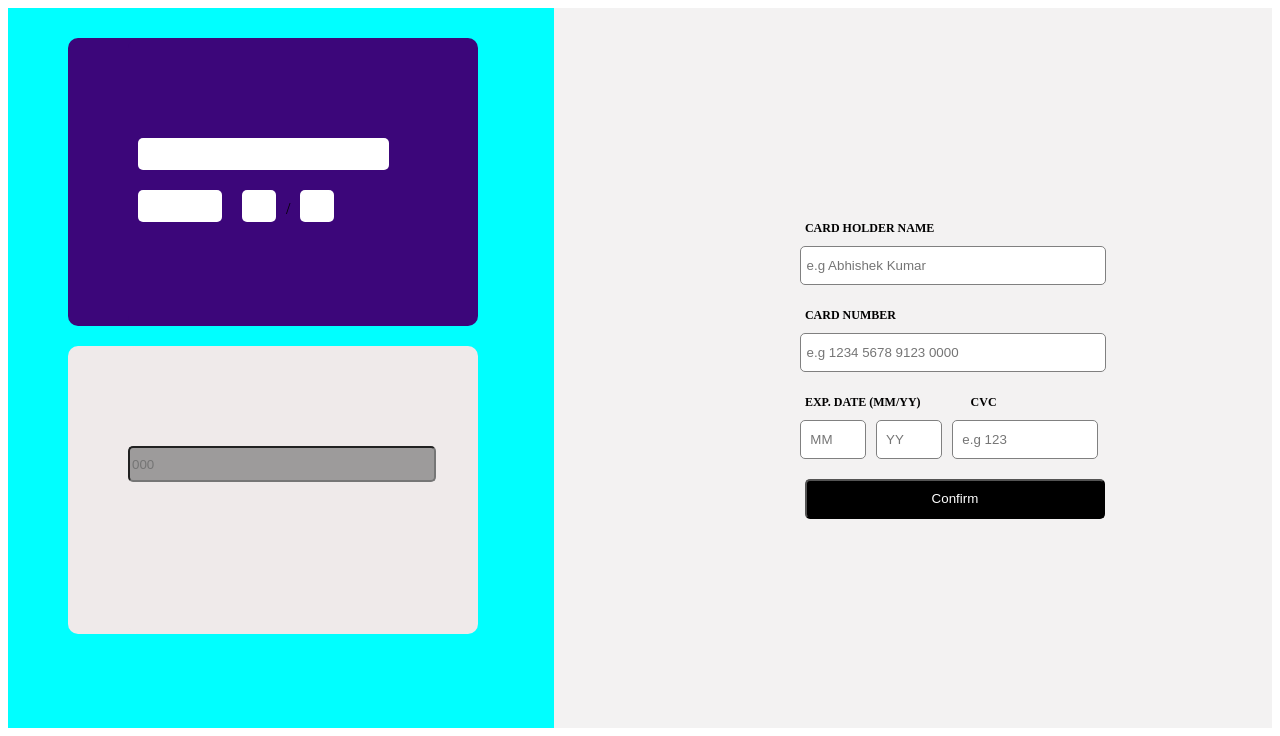
Repository: Abhi2359/frontendchallenge-1
Page: /
The author's editor kept a copy of each file at every save. The page is drawn from the files as they stood at one save, then again after the next save.
The browser window is 1280 px wide. The pictures show the whole page.
The project was rebuilt for these pictures with package versions that can differ from the ones it lists, and the page was loaded fresh each time.

Above is the page before, as saved 2023-02-15 20:22:06.

### src/App.js


import Card1 from "./components/Cards/Card1";
import Layout from "./components/Layout/Layout";


function App() {
  return (
    <div className="App">


      <Layout/>
    {/*


    <Card1/>
    */}

    </div>
  );
}

export default App;

### src/components/Cards/Card1.js
import React from "react";
import style from "./Card1.css";

function Card1({ cardNumber, cardHolderName, expMonth, expYear }) {
  return (
    <>
      <div className="card1">
        <div class="cardinput">
          <div class="_card__number">
            <input type="text" value={cardNumber} readOnly id="input" />
          </div>
          <div class="_card__details">
            <input type="text" value={cardHolderName} readOnly id="input" />
            <div class="expiry">
              <input type="text" value={expMonth} readOnly id="input" />
              <div class="slash">/</div>
              <input type="text" value={expYear} readOnly id="input"/>
            </div>
          </div>
        </div>
      </div>
    </>
  );
}

export default Card1;

### src/components/Layout/Layout.js
import React, { useState } from "react";


import Card1 from "../Cards/Card1";
import Card2 from "../Cards/Card2";
import style from "./layout.css";


function Layout() {
  const [cardHolderName, setCardHolderName] = useState("");
  const [cardNumber, setCardNumber] = useState("");
  const [expMonth, setExpMonth] = useState("");
  const [expYear, setExpYear] = useState("");
  const [cvc, setCvc] = useState("");



  const handleInputChange = (e) => {
    setCardNumber(e.target.value);
  };
  const handleCardHolderName = (e) => {
    setCardHolderName(e.target.value);
  };
  const handleExpMonth = (e) => {
    setExpMonth(e.target.value);
  };
  const handleExpYear = (e) => {
    setExpYear(e.target.value);
  };
  const handleCvc = (e) => {
    setCvc(e.target.value);
  };
  return (
    <>

      <div class="layout">
        <div class="partitions">
          <div class="partition1">
            <div class="card1">
              <Card1
                cardNumber={cardNumber}
                cardHolderName={cardHolderName}
                expMonth={expMonth}
                expYear={expYear}
              />
            </div>
            <div class="card2">
              <Card2 cvc={cvc} />
            </div>
          </div>

          <div class="partition2">

            <form action="" className="Form">
              <label for="Username">CARD HOLDER NAME</label> <br />
              <input
                value={cardHolderName}
                onChange={handleCardHolderName}
                className="card_holder"
                type="text"
                id="username"
                name="username"
                placeholder=" e.g Abhishek Kumar"
              required
              />
              <br />
              <label for="number">CARD NUMBER</label> <br />
              <input
                value={cardNumber}
                onChange={handleInputChange}
                className="card_number"
                pattern="[0-9]{4}-[0-9]{4}-[0-9]{4}"
                type="text"
                id="number"
                name="number"
                placeholder=" e.g 1234 5678 9123 0000"
              required
              />{" "}
              <br />
              <div className="exp_date">
                <label for="number">EXP. DATE (MM/YY)</label>
                <label for="number" className="cvc">
                  CVC
                </label>
                <div className="exp_date_input">
                  <input
                    value={expMonth}
                    onChange={handleExpMonth}
                    type="text"
                    id="number"
                    name="number"
                    placeholder="  MM"
                  required
                    className="number"
                  />
                  <input
                    value={expYear}
                    onChange={handleExpYear}
                    type="text"
                    id="number"
                    name="number"
                    placeholder="  YY"
                    required
                    className="number"
                  />
                  <input
                    value={cvc}
                    onChange={handleCvc}
                    type="text"
                    id="cvc"
                    name="number"
                    placeholder="  e.g 123"
                  required
                    className="number"
                  />
                </div>
                <button className="button">Confirm</button>
              </div>
            </form>

          </div>
        </div>
      </div>


    </>
  );
}

export default Layout;

### src/components/Cards/Card1.css
.card1 {
  background: rgb(60,6,122);

  height: 40vh;
  width: 350px;
  border-radius: 10px;
  margin-left: 10px;

  margin-top: 20px;
}

.card1 input {
  margin: 10px;
}

._card__details {
  display: flex;
  border: none;
  background-color: transparent;
  color: transparent;
  text-shadow: 0 0 0 #000;
}

._card__details input {
  width: 80px;
}

.cardinput {
  margin-top: 30px;
}

.expiry {
  display: flex;
  justify-content: space-between;
}
.expiry input {
  width: 30px;
}

#input {
  border: none;
  /* background-color: transparent; */
  /* color: transparent; */
  text-shadow: 0 0 0 #000;
  border-radius: 5px;
  height: 30px;
}

.slash {
  display: inline-block;
  padding-top: 20px;
}
._card__number input {
  margin-top: 100px;
  font-size: larger;
  max-width: 300px;
}

### src/components/Cards/Card2.js
import React from "react";
import style from "./Card2.css";

function Card2({cvc}) {
  return (
    <>
      <div className="card2">

        <div class="_card__number2">
       <div class="strip">

       </div>
          <input type="text" value={cvc} readOnly className="card2_input" placeholder="000" />
        </div>
      </div>
    </>
  );
}

export default Card2;

### src/components/Layout/layout.css
.layout{

    margin: 0;
    padding: 0;
    height: 100vh;
}
.partitions
{
    height: 100%;
display: flex;
flex-wrap: wrap;
flex-direction: row;
justify-content: space-between;
}

.partition1{
   background-color: aqua;

height: 100vh;
flex-grow: 1;
color: white;
width: 40%;

}

.partition2{
background-color: rgb(243, 242, 242);
 height: 100vh;
flex-grow: 8;
display: flex;
align-items: center;
justify-content: center;
}

.Form{
    margin-left: 80px;

}

.Form input{
    margin: 5px;
    height: 35px;
    margin-top: 10px;
    margin-bottom: 20px;

}

.card_holder{
    width: 300px;
    border: 1px solid gray;
    border-radius: 5px;
}
.card_number{
    width: 300px;
    border: 1px solid gray;
    border-radius: 5px;
}
label{
    font-size: 12px;
    font-weight: bold;
    padding-left: 10px;
}



.cvc{
    margin-left: 40px;
}

.number{
    width: 60px;
    border: 1px solid gray;
    border-radius: 5px;
}
#cvc{
    width: 140px;
    border: 1px solid gray;
    border-radius: 5px;
}
.button{
    width: 300px;
    margin-left: 10px;
    background-color: black;

    color: white;
    height: 40px;
    border-radius: 5px;
 }

.partitiion1 ,h1{
margin-left: 100px;
}

.card1{
    margin-top: 20px;
    margin-left: 60px;



}

.card2{
    margin-top: 20px;
    margin-left: 60px;
}

### src/components/Cards/Card2.css
.card2{
    /* background: rgb(60,6,122); */
    background-color: rgb(239, 234, 234);
    /* background: linear-gradient(121deg, rgba(60,6,122,1) 14%, rgba(182,21,151,1) 40%, rgba(83,98,225,1) 78%); */
    height: 40vh;
    width: 350px;
    border-radius: 10px;


    margin-top: 20px;


}


._card__number2 input{
    margin-top: 100px;
    height: 30px;
width: 300px;
}

 .card2_input{
    height: 30px;
    width: 100px;
    border-radius: 5px;
    background-color: rgb(157, 155, 155);
    color: white;
}

.bg_black{
    background-color: black;
    color: black;
    height: 30px;
    margin-top: 30px;

}

.strip{
    background-color: black;
   width: 100%;
   margin-right:30px;
}

Loaded but not shown: public/index.html (common file); src/index.js (common file)

After the next save:
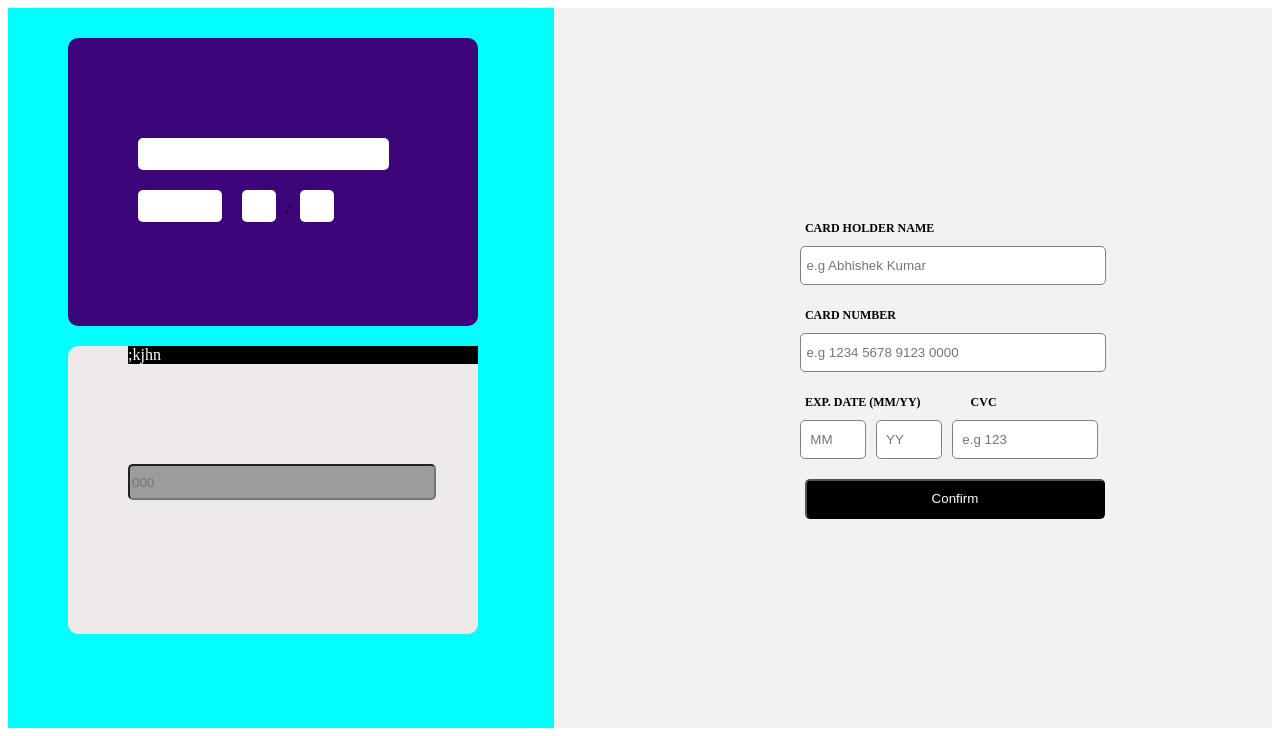
Saved 13 s later.
--- a/src/components/Cards/Card2.js
+++ b/src/components/Cards/Card2.js
@@ -8,7 +8,7 @@
 
         <div class="_card__number2">
        <div class="strip">
-
+        ;kjhn
        </div>
           <input type="text" value={cvc} readOnly className="card2_input" placeholder="000" />
         </div>

After the 5 saves that followed:
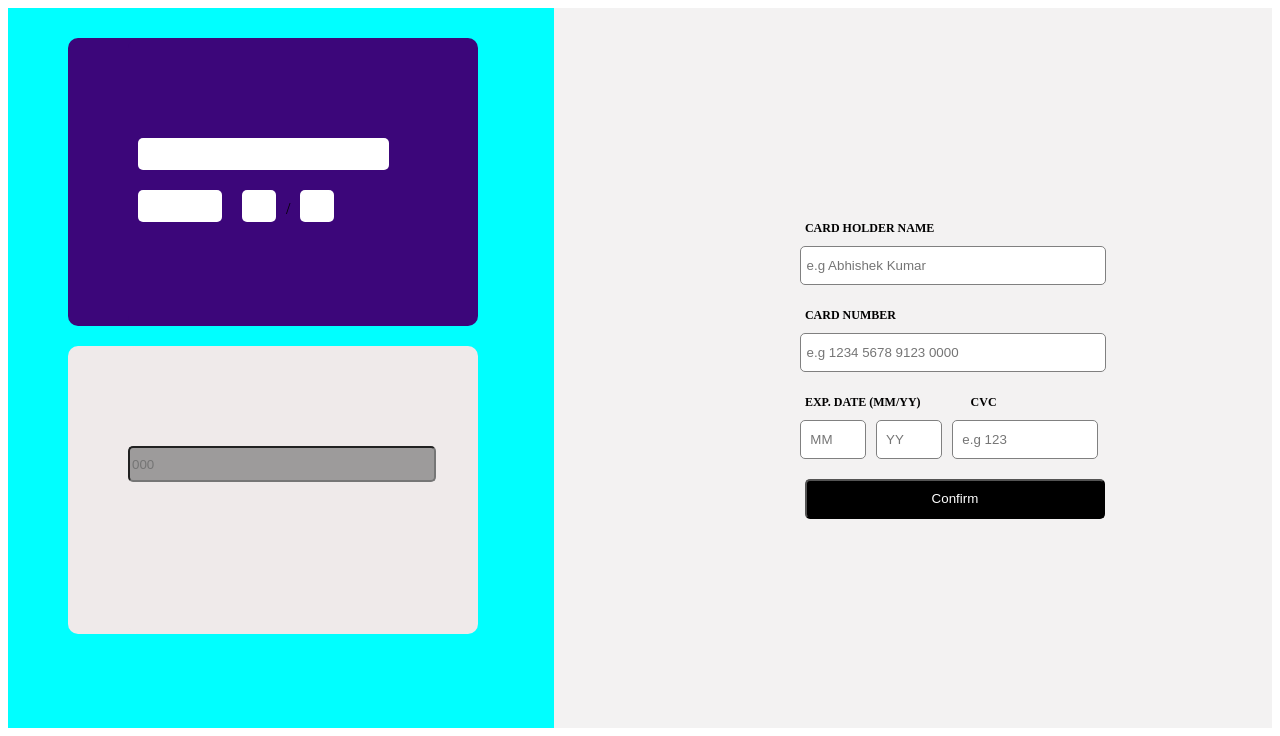
The 5 saves are shown as one change because 3 left the picture as it was and some came seconds apart.
The last was saved 100 s later.
--- a/src/components/Cards/Card2.js
+++ b/src/components/Cards/Card2.js
@@ -7,9 +7,7 @@
       <div className="card2">
 
         <div class="_card__number2">
-       <div class="strip">
-        ;kjhn
-       </div>
+
           <input type="text" value={cvc} readOnly className="card2_input" placeholder="000" />
         </div>
       </div>
--- a/src/components/Cards/Card2.css
+++ b/src/components/Cards/Card2.css
@@ -27,16 +27,10 @@ width: 300px;
     color: white;
 }
 
-.bg_black{
-    background-color: black;
-    color: black;
-    height: 30px;
-    margin-top: 30px;
 
-}
 
 .strip{
     background-color: black;
    width: 100%;
-   margin-right:30px;
+
 }
